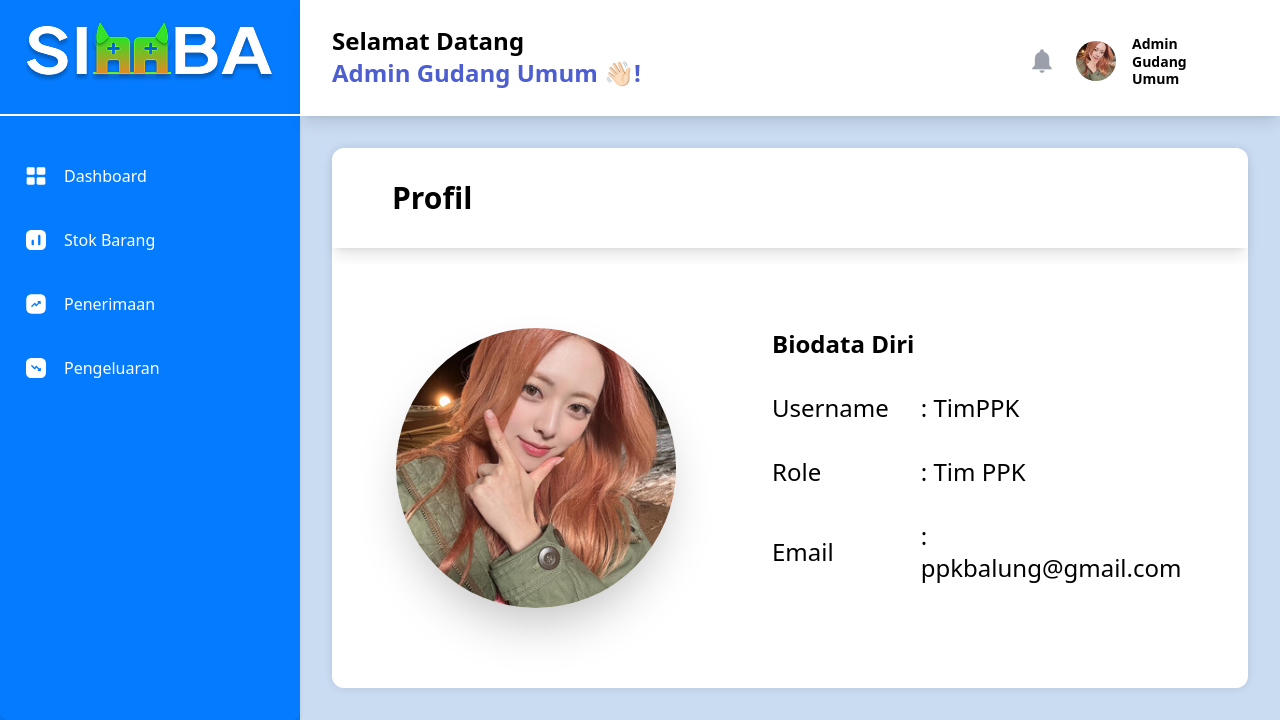
Repository: Gokerwow/inventory-fe
Page: /profil
An editor plug-in stored every save of this project. The page is shown before and after the next save, followed by the edit.
The browser window is 1280 px wide. The pictures show the whole page.
The project was rebuilt for these pictures with package versions that can differ from the ones it lists, and the page was loaded fresh each time. Also part of the build but not shown: vite.config.ts, src/components/lineChart.tsx, src/pages/dashboard.tsx, src/pages/stokBarang.tsx, src/components/pagination.tsx, src/components/PenerimaanTable.tsx, src/components/RiwayatPenerimaanTable.tsx, src/pages/penerimaan.tsx and 8 more.

Above is the page before, as saved 2025-10-28 12:37:20.

### index.html
<!doctype html>
<html lang="en">
  <head>
    <meta charset="UTF-8" />
    <link rel="icon" type="image/svg+xml" href="/vite.svg" />
    <meta name="viewport" content="width=device-width, initial-scale=1.0" />
    <title>inventory-fe</title>
  </head>
  <body>
    <div id="root"></div>
    <script type="module" src="/src/main.tsx"></script>
  </body>
</html>

### src/main.tsx
import { StrictMode } from 'react'
import { createRoot } from 'react-dom/client'
import './index.css'
import App from './App.tsx'
import ErrorBoundary from './components/errorBoundary.tsx'
import { BrowserRouter } from 'react-router-dom'

createRoot(document.getElementById('root')!).render(
  <StrictMode>
    <ErrorBoundary>
      <BrowserRouter>
        <App />
      </BrowserRouter>
    </ErrorBoundary>
  </StrictMode>,
)

### src/App.tsx
import './App.css'
import { Routes, Route, Navigate } from 'react-router-dom'
import Layout from './components/layout'
import Dashboard from './pages/dashboard'
import StokBarang from './pages/stokBarang'
import Penerimaan from './pages/penerimaan'
import Pengeluaran from './pages/pengeluaran'
import Profil from './pages/profil'
import TambahPenerimaan from './pages/TambahPenerimaan'
import FormDataBarangBelanja from './pages/FormDataBarangBelanja'

function App() {
  return (
    <Routes>
      <Route path="/" element={<Layout />}>
        <Route index element={<Navigate to="/dashboard" replace />} />
        <Route path="dashboard" element={<Dashboard />} />
        <Route path="pencatatan-stok" element={<StokBarang />} />
        <Route path="penerimaan">
          <Route index element={<Penerimaan />} />
          <Route path="tambah/barang-belanja" element={<FormDataBarangBelanja />} />
          <Route path="tambah" element={<TambahPenerimaan />} />
          {/* <Route path="edit/:id" element={<EditPenerimaan />} />
          <Route path="detail/:id" element={<DetailPenerimaan />} /> */}
        </Route>
        <Route path="pengeluaran" element={<Pengeluaran />} />
        <Route path="profil" element={<Profil />} />
      </Route>
    </Routes>
  )
}

export default App

### src/components/errorBoundary.tsx
// components/ErrorBoundary.tsx
import { ErrorBoundary as ReactErrorBoundary } from 'react-error-boundary';
import { type ReactNode } from 'react';

function ErrorFallback({ error, resetErrorBoundary }: any) {
    return (
        <div className="min-h-screen flex items-center justify-center bg-gray-100">
            <div className="bg-white p-8 rounded-lg shadow-lg max-w-md w-full">
                <h2 className="text-2xl font-bold text-red-600 mb-4">
                    Oops! Terjadi Error
                </h2>
                <div className="bg-red-50 border border-red-200 rounded p-4 mb-4">
                    <p className="text-red-800 font-semibold">Error:</p>
                    <p className="text-red-600 text-sm mt-2">{error.message}</p>
                </div>
                <details className="mb-4">
                    <summary className="cursor-pointer text-gray-600 hover:text-gray-800">
                        Stack Trace
                    </summary>
                    <pre className="mt-2 text-xs bg-gray-50 p-2 rounded overflow-auto max-h-40">
                        {error.stack}
                    </pre>
                </details>
                <button
                    onClick={resetErrorBoundary}
                    className="w-full bg-blue-600 text-white py-2 px-4 rounded hover:bg-blue-700 transition"
                >
                    Coba Lagi
                </button>
            </div>
        </div>
    );
}

interface ErrorBoundaryProps {
    children: ReactNode;
}

export default function ErrorBoundary({ children }: ErrorBoundaryProps) {
    return (
        <ReactErrorBoundary
            FallbackComponent={ErrorFallback}
            onError={(error, errorInfo) => {
                // Log error ke console atau service logging (Sentry, LogRocket, dll)
                console.error('Error caught by boundary:', error, errorInfo);
            }}
            onReset={() => {
                // Reset state aplikasi jika perlu
                window.location.href = '/';
            }}
        >
            {children}
        </ReactErrorBoundary>
    );
}

### src/App.css
@import "tailwindcss";

/* For WebKit Browsers */
::-webkit-scrollbar {
  width: 12px;
}

/* Make the track transparent */
::-webkit-scrollbar-track {
  background: transparent;
}

/* Style the thumb */
::-webkit-scrollbar-thumb {
  background-color: rgba(0, 0, 0, 0.2); /* Semi-transparent black */
  border-radius: 10px;
  border: 3px solid transparent; /* Padding around thumb */
  background-clip: content-box;
}

/* On hover, make it more visible */
::-webkit-scrollbar-thumb:hover {
  background-color: rgba(0, 0, 0, 0.4);
}

/* For Firefox - a bit trickier to make it auto-hiding like WebKit */
/* This just provides a very subtle scrollbar */
html {
  scrollbar-width: thin;
  scrollbar-color: rgb(22, 161, 237) transparent;
}


body {
  background-color: #cadcf2;
}

### src/components/layout.tsx
// components/Layout.tsx
import { Outlet } from 'react-router-dom';
import SideBar from '../components/sidebar'
import TopBar from '../components/topBar'

function Layout() {
    return (
        <div className="flex h-screen fixed w-screen">
            <SideBar />
            <div className="flex flex-col flex-1 h-full">
                <TopBar />
                <div className="overflow-auto p-8 flex-1 relative">
                    <Outlet />
                </div>
            </div>
        </div>
    );
}

export default Layout;

### src/pages/profil.tsx
import PfpExample from '../assets/Pfp Example.jpeg';

function Profil() {
    return (
        <div className="bg-white shadow-[0_0_10px_rgba(0,0,0,0.1)] h-full rounded-xl flex flex-col gap-4">
            <h1 className="text-3xl font-bold p-8 px-15 shadow-lg">Profil</h1>
            <div className="bg-white rounded-lg p-8">
                <div className='flex gap-8'>
                    <div className='p-8'>
                        <div className='bg-white rounded-full w-70 h-70 flex items-center justify-center overflow-hidden shadow-2xl'>
                            <img src={PfpExample} alt="Profile Picture" className='w-full' />
                        </div>
                    </div>
                    <div className='text-2xl p-8 gap-8'>
                        <h1 className='font-bold'>Biodata Diri</h1>
                        <table className='border-separate border-spacing-y-8'>
                            <tr>
                                <td width="100">Username</td>
                                <td className='pl-8'>: TimPPK</td>
                            </tr>
                            <tr>
                                <td>Role</td>
                                <td className='pl-8'>: Tim PPK</td>
                            </tr>
                            <tr>
                                <td>Email</td>
                                <td className='pl-8'>: ppkbalung@gmail.com</td>
                            </tr>
                        </table>
                    </div>
                </div>
            </div>
            <div>

            </div>
        </div>
    );
}

export default Profil;

### src/components/sidebar.tsx
import DashboardIcon from '../assets/DashboardIcon.svg?react';
import ChartIcon from '../assets/Chart.svg?react';
import PenerimaanIcon from '../assets/Penerimaan.svg?react';
import PengeluaranIcon from '../assets/Pengeluaran.svg?react';
import { NavLink } from 'react-router-dom';
import SimbaLogo from '../assets/logoSimbaDark.png';


export default function SideBar() {
    const menuItems = [
        { path: '/dashboard', icon: DashboardIcon, label: 'Dashboard' },
        { path: '/pencatatan-stok', icon: ChartIcon, label: 'Stok Barang' },
        { path: '/penerimaan', icon: PenerimaanIcon, label: 'Penerimaan' },
        { path: '/pengeluaran', icon: PengeluaranIcon, label: 'Pengeluaran' },
    ];

    return (
        <div className='w-[300px] h-full bg-[#057CFF]'>
            <div className="text-white flex flex-col h-full rounded-lg overflow-hidden shadow-md">
                <div className='flex justify-center items-center border-b-2 border-white'>
                    <img src={SimbaLogo} alt="Simba Logo" />
                </div>
                <ul className='flex flex-col gap-6 px-4 py-10 '>
                    {menuItems.map((item) => (
                        <li key={item.path}>
                            <NavLink
                                to={item.path}
                                className={({ isActive }) =>
                                    `flex items-center gap-4 p-2 rounded-md cursor-pointer transition-all duration-300 ${isActive
                                        ? 'bg-white/20 text-white translate-x-5'
                                        : ' text-white hover:bg-white/20 hover:text-white group hover:translate-x-5'
                                    }`
                                }
                            >
                                {({ isActive }) => (
                                    <>
                                        <item.icon
                                            className={`w-6 h-6 fill-current transition-colors ${isActive
                                                ? 'text-white'
                                                : 'text-white group-hover:text-white'
                                                }`}
                                        />
                                        <span>{item.label}</span>
                                    </>
                                )}
                            </NavLink>
                        </li>
                    ))}

                </ul>
            </div>
        </div>
    );
}

### src/components/topBar.tsx
import NotifIcon from '../assets/Notification.png';
import PfpExample from '../assets/Pfp Example.jpeg';
import { NavLink } from 'react-router-dom';


export default function TopBar() {
    return (
        <div className="w-full flex items-center justify-between bg-white shadow-lg z-50 h-29 border-b-2 border-white px-8">
            <div className='overflow-hidden flex h-20 items-stretch flex-1 justify-between'>
                <div className='text-2xl font-bold h-full flex flex-col justify-center'>
                    <p className=''>Selamat Datang</p>
                    <p className=' text-[#4D5ED1]'>Admin Gudang Umum 👋🏻!</p>
                </div>
                <NavLink to={'/profil'}>
                    <div className='flex items-center justify-center gap-4 px-4 py-4.5 cursor-pointer hover:bg-gray-200 transition-all duration-200'>
                        <div className='bg-white rounded-full w-9 h-9 flex items-center justify-center'>
                            <img src={NotifIcon} alt="Notification Icon" className='h-6' />
                        </div>
                        <div className='flex items-center gap-4'>
                            <div className='bg-white rounded-full w-10 h-10 flex items-center justify-center overflow-hidden'>
                                <img src={PfpExample} alt="Profile Picture" className='w-full' />
                            </div>
                            <span className='max-w-[100px] break-words leading-tight font-semibold text-sm'>Admin Gudang Umum</span>
                        </div>
                    </div>
                </NavLink>
            </div>
        </div>
    )
}

Loaded but not shown: src/index.css (common file)

After the next save:
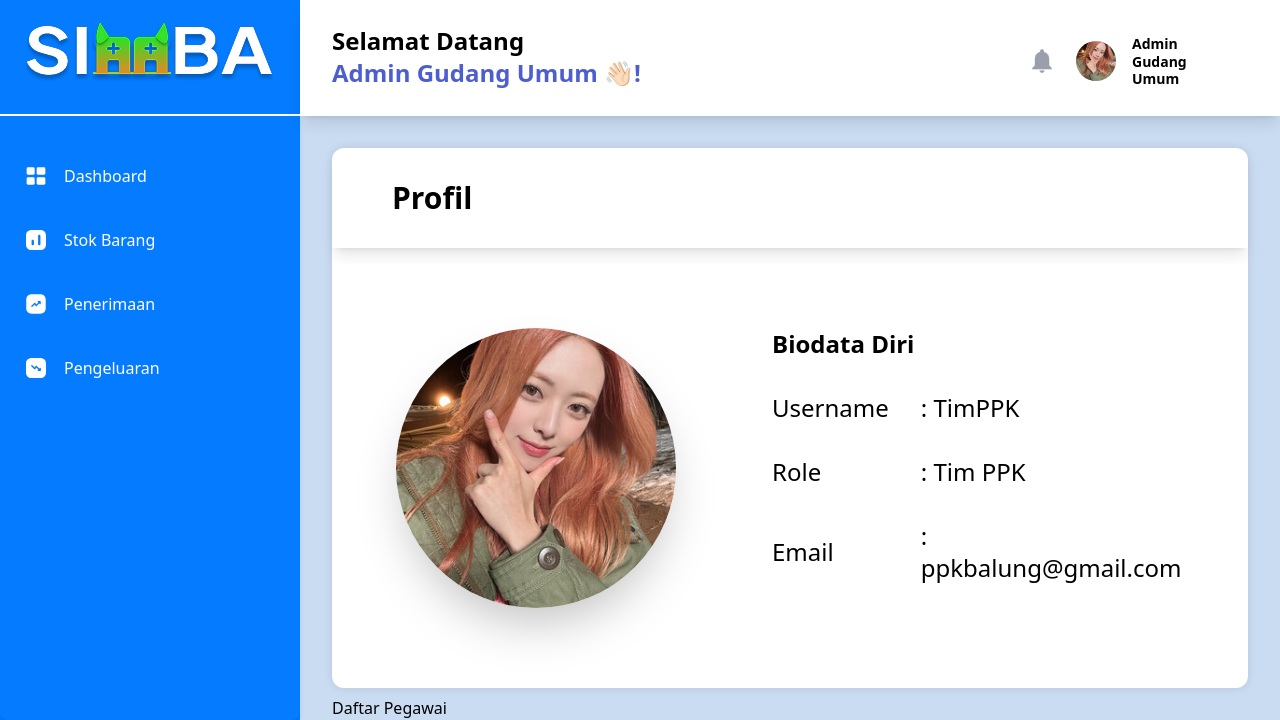
Saved 13 s later.
--- a/src/pages/profil.tsx
+++ b/src/pages/profil.tsx
@@ -31,7 +31,7 @@ function Profil() {
                 </div>
             </div>
             <div>
-
+                <h1>Daftar Pegawai</h1>
             </div>
         </div>
     );
